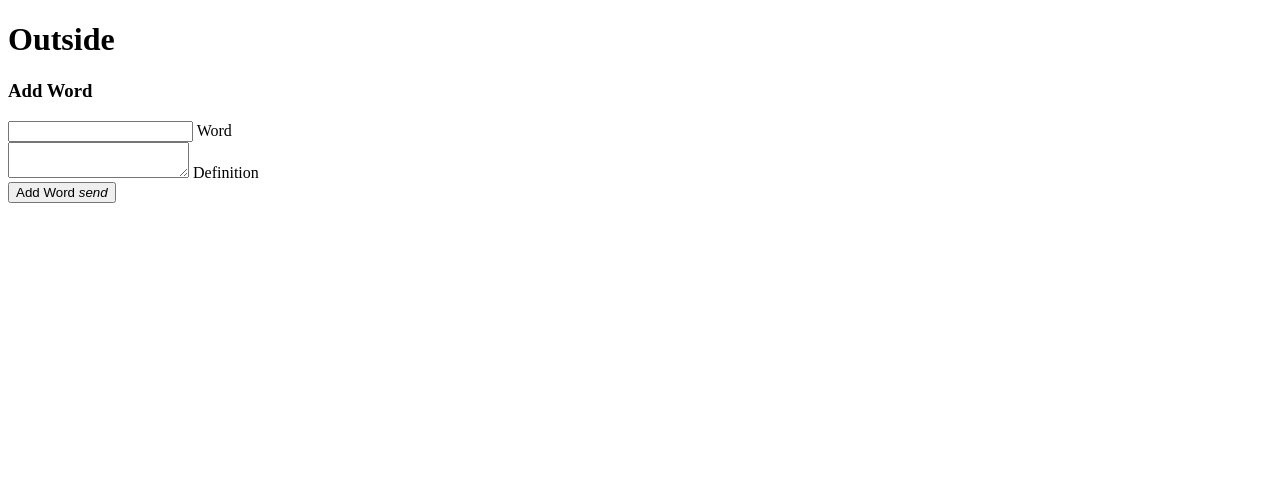
Repository: BLMcDonald/Milestone3
Page: http://localhost/add_word
The author's editor kept a record of every edit. The page is drawn from the files as they stood at one moment, then again after the next edit.
The browser window is 1280 px wide. The pictures show the whole page.
The page is served by the project's application, run on Flask 3 (app.py).

Above is the page before.

### templates/addword.html
{% extends 'base.html'%}
{% block content %}

<h3>Add Word</h3>

<div class="row">
    <form action="{{url_for('insert_word')}}" method="POST" class="col s12">
        <div class="row">
            <div class="input-field col s12">
                <input id="word_name" name="word_name" type="text" class="validate">
                <label for="icon_prefix">Word</label>
            </div>
            <div class="input-field col s12">
                <textarea name="definition" id="definition" class="materialize-textarea"></textarea>
                <label for="icon_telephone">Definition</label>
            </div>
        </div>

        <div class="row">
            <button class="btn waves-effect waves-light" type="submit" name="action">Add Word
                <i class="material-icons right">send</i>
            </button>
        </div>
    </form>
</div>

{% endblock %}

### templates/base.html
<!DOCTYPE html>
<html lang="en">
<head>

</head>
<body>
    <h1>Outside</h1>
    {% block content %}
    {% endblock %}

</body>
</html>

### app.py
import os
from flask import Flask, render_template, redirect, request, url_for
from flask_pymongo import PyMongo
from bson.objectid import ObjectId

app = Flask(__name__)

app.config["MONGO_DBNAME"] = 'dictionary'
app.config["MONGO_URI"] = 'mongodb+srv://root:83OH5Pni9RRgTofE@projectscluster-hyee9.mongodb.net/dictionary?retryWrites=true&w=majority'

mongo = PyMongo(app)


@app.route('/')
@app.route('/get_words')
def get_words():
    return render_template("words.html", words=mongo.db.words.find())

@app.route('/add_word')
def add_word():
    return render_template("addword.html")

@app.route('/insert_word', methods=['POST'])
def insert_word():
    words = mongo.db.words
    words.insert_one(request.form.to_dict())
    return redirect(url_for('get_words'))

if __name__ == '__main__':
    app.run(host=os.environ.get('IP'),
            port=int(os.environ.get('PORT')),
            debug=True)

After the next edit:
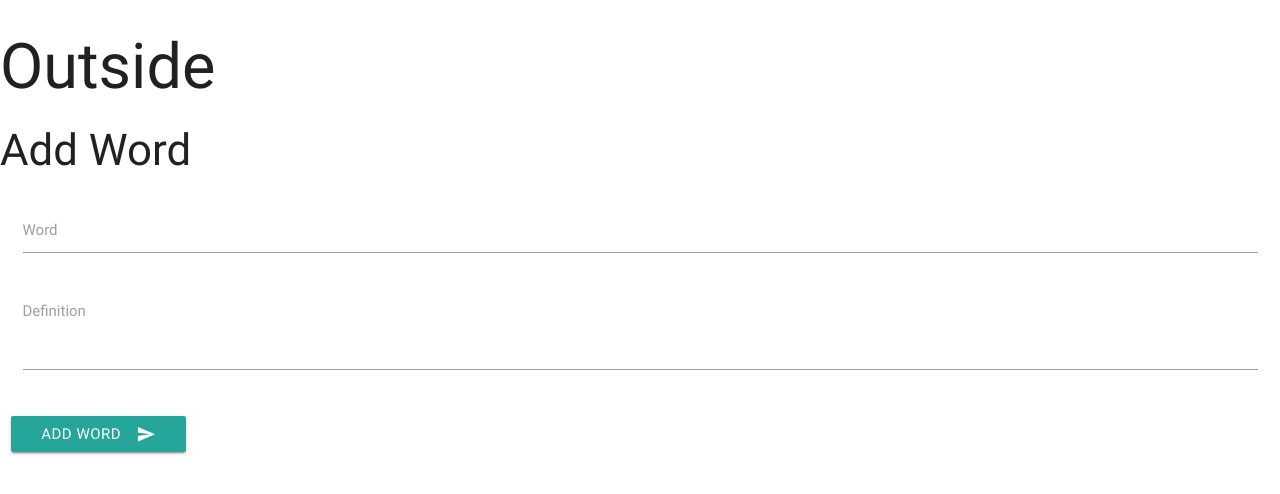
The edit:
--- a/templates/base.html
+++ b/templates/base.html
@@ -1,7 +1,8 @@
 <!DOCTYPE html>
 <html lang="en">
 <head>
-
+    <link href="https://fonts.googleapis.com/icon?family=Material+Icons" rel="stylesheet">
+    <link rel="stylesheet" href="https://cdnjs.cloudflare.com/ajax/libs/materialize/0.100.2/css/materialize.min.css">
 </head>
 <body>
     <h1>Outside</h1>
